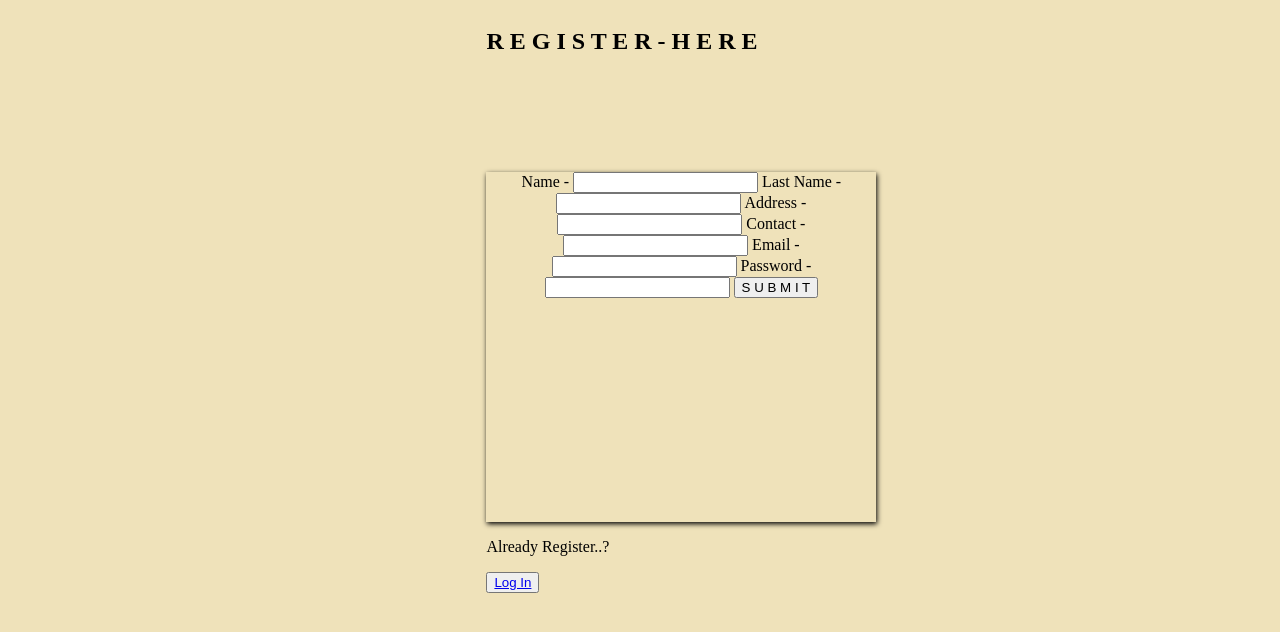
Repository: Krushna26nk/WebApplication
Page: http://localhost/Application/
These files come from the project's save history. The page is drawn as it stood at one moment and after the next save; the edit follows.
The browser window is 1280 px wide. The pictures show the whole page.
The page is served by Tomcat 9. Other server files are loaded and not shown.

Above is the page before, as saved 2019-05-31 12:39:02.

### web/Application/WebContent/RegisterData.jsp
<%@ page language="java" contentType="text/html; charset=UTF-8"
    pageEncoding="UTF-8"%>
<!DOCTYPE html PUBLIC "-//W3C//DTD HTML 4.01 Transitional//EN" "http://www.w3.org/TR/html4/loose.dtd">
<html>
<head>
<meta http-equiv="Content-Type" content="text/html; charset=UTF-8">
<link rel="stylesheet" type="text/css" href="Style.css">
<title>Insert title here</title>
</head>
<body style="background-color:#EFE2BA;">
<div class="regDiv">
	<h2> R E G I S T E R - H E R E </h2>

	<form class="form" action="Registration" style="align:middle;">
				 <div class="inputFields">
					  Name -
					  	<input type="text" id="firstName" name="uname">
					  Last Name -
				 	  	<input type="text" id="lastName" name="lname">
				  	  Address -
				  	   	<input type="text" id="userAddress" name="address">
				  	  Contact -
				  		<input type="number" id="contactNo" name="contact">
				  	  Email -
				  		<input type="email" id="emailId" name="email">
				  	  Password -
				  		<input type="password" id="userPassword" name="pass">


		 	<input type="submit" value="S U B M I T">
		 </div>
	</form>
		<p> Already Register..?  </p>
		<button type="button"><a href="Login.jsp"> Log In </a></button>

</div>


<script type="text/javascript">
	var userFName = document.getElementById("firstName");
	var userLName = document.getElementById("lastName");
	var userAddr = document.getElementById("userAddress");
	var contct = document.getElementById("contactNo");
	var emailId = document.getElementById("emailId");
	var userPass = document.getElementById("userPassword");
</script>


</body>
</html>

### web/Application/WebContent/Style.css
@CHARSET "UTF-8";
.regDiv{
	position:absolute;
	left:38%;
}
.form{
	background-color: 50 deg,#F13C20;
	box-shadow:1px 2px 5px;
	position:relative;
	margin-top:30%;
	width:390px;
	height:350px;
	text-align:center;

}

.inputFields{
	display:block;
}

After the next save:
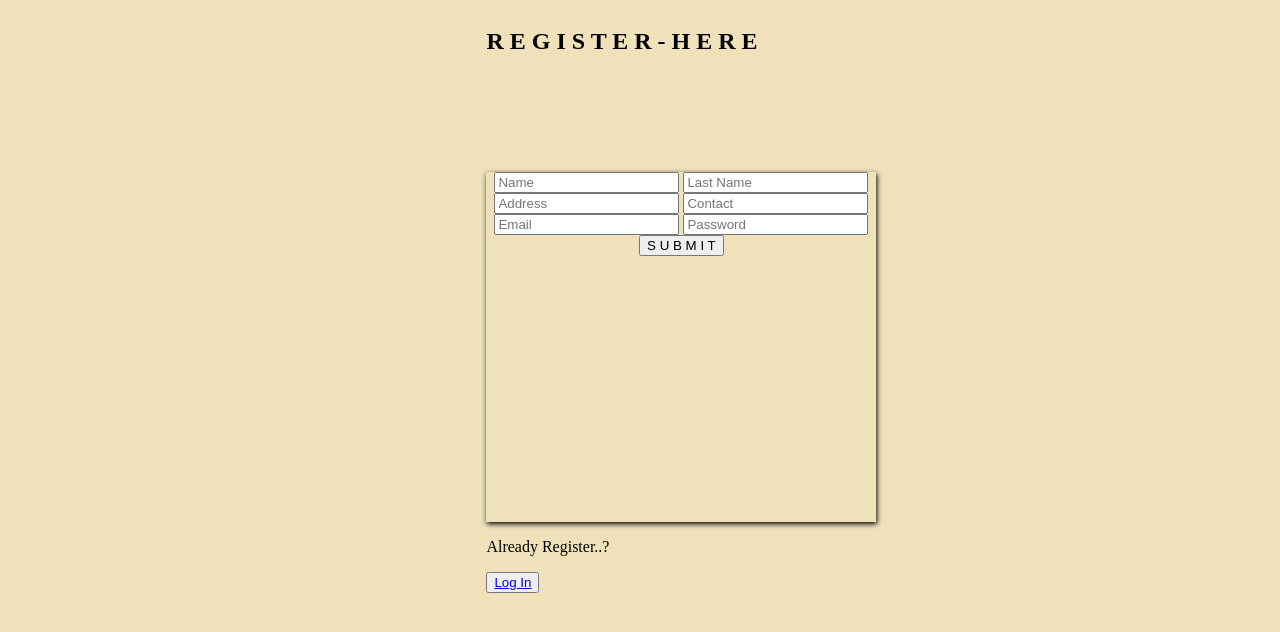
Saved 8 min 13 s later.
--- a/web/Application/WebContent/RegisterData.jsp
+++ b/web/Application/WebContent/RegisterData.jsp
@@ -13,18 +13,18 @@
 
 	<form class="form" action="Registration" style="align:middle;">
 				 <div class="inputFields">
-					  Name -
-					  	<input type="text" id="firstName" name="uname">
-					  Last Name -
-				 	  	<input type="text" id="lastName" name="lname">
-				  	  Address -
-				  	   	<input type="text" id="userAddress" name="address">
-				  	  Contact -
-				  		<input type="number" id="contactNo" name="contact">
-				  	  Email -
-				  		<input type="email" id="emailId" name="email">
-				  	  Password -
-				  		<input type="password" id="userPassword" name="pass">
+
+					  	<input type="text" id="firstName" placeholder="Name" name="uname">
+
+				 	  	<input type="text" id="lastName" placeholder="Last Name" name="lname">
+
+				  	   	<input type="text" id="userAddress" placeholder="Address" name="address">
+
+				  		<input type="number" id="contactNo" placeholder="Contact" name="contact">
+
+				  		<input type="email" id="emailId" placeholder="Email" name="email">
+
+				  		<input type="password" id="userPassword" placeholder="Password" name="pass">
 
 
 		 	<input type="submit" value="S U B M I T">
